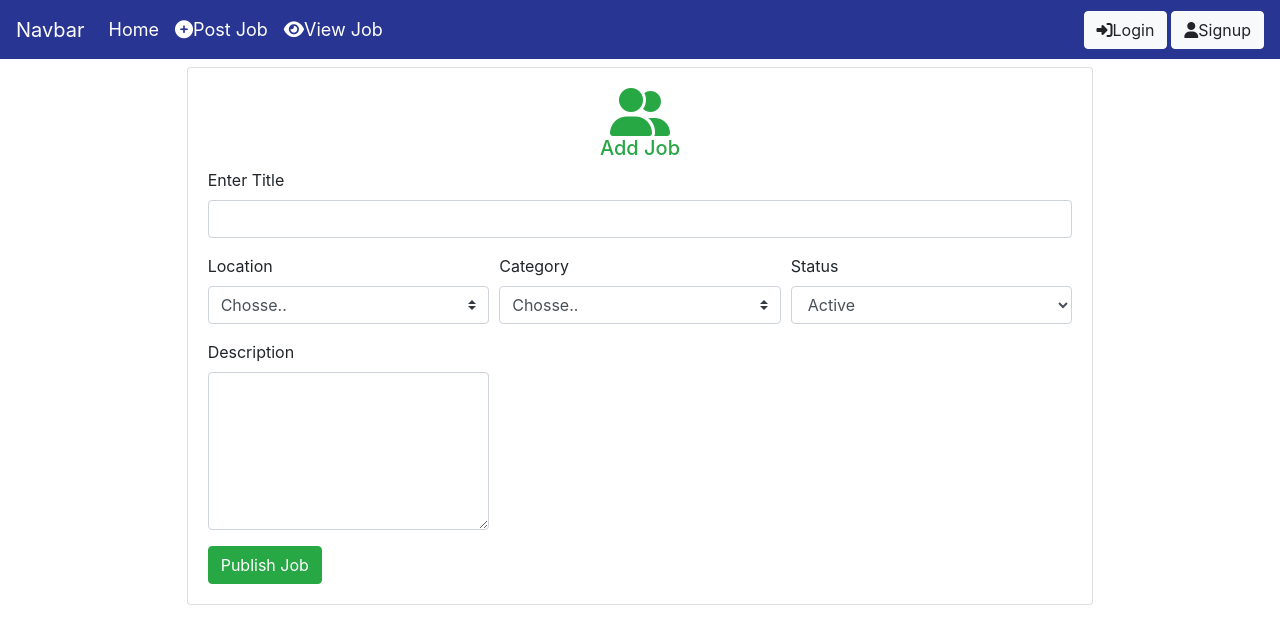
Repository: Pankaj08072001/Adv_Java
Page: http://localhost/06_Job_portal_Project/add_job.jsp
The author's editor kept a copy of each file at every save. The page is drawn from the files as they stood at one save, then again after the next save.
The browser window is 1280 px wide. The pictures show the whole page.
Some web libraries are served in a nearby version. The page is served by Tomcat 9.

Above is the page before, as saved 2025-03-13 21:38:21.

After the next save:
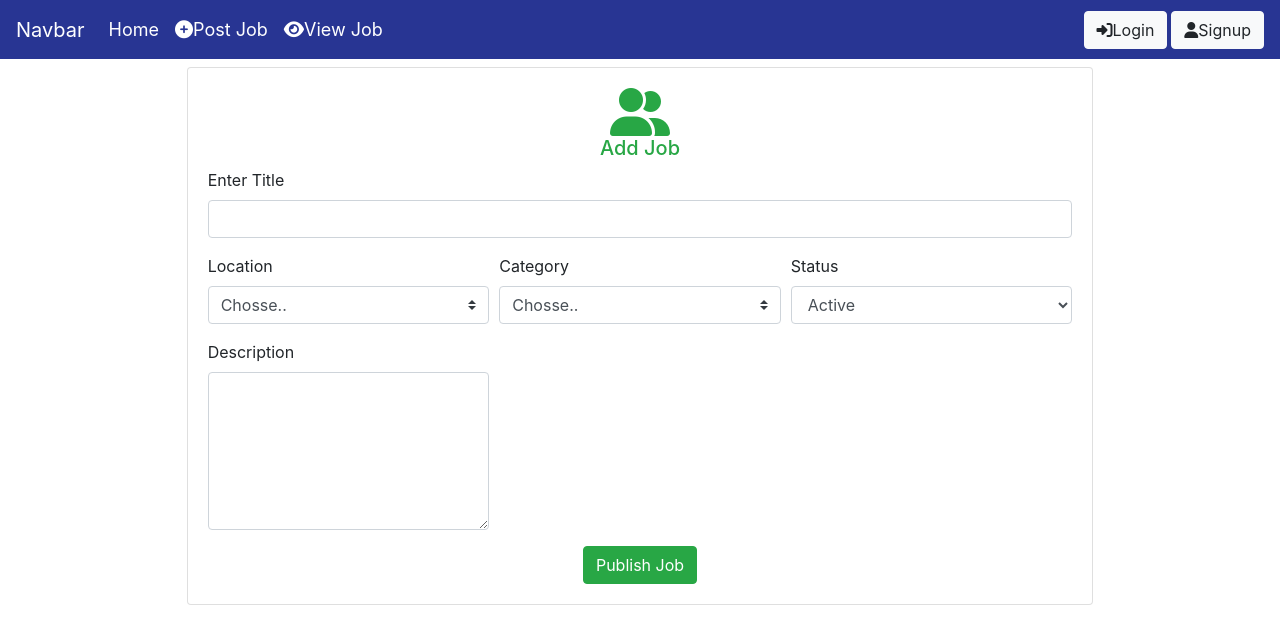
Saved 65 s later.
--- a/06_Job_portal_Project/src/main/webapp/add_job.jsp
+++ b/06_Job_portal_Project/src/main/webapp/add_job.jsp
@@ -69,7 +69,8 @@
 							</div>
 
 						</div>
-						<button class="btn btn-success">Publish Job</button>
+						<div class="text-center"><button class="btn btn-success">Publish Job</button></div>
+
 					</form>
 				</div>
 			</div>
